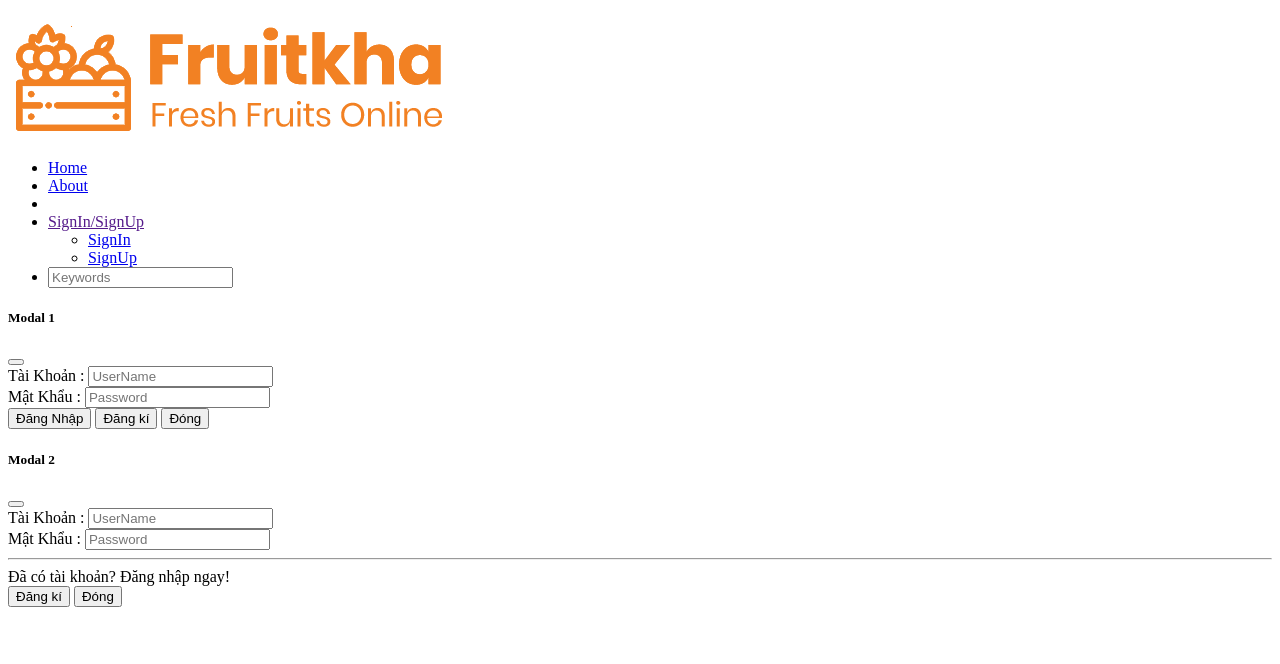
Repository: minhtu5502/Java5
Page: src/main/resources/templates/user/content/nav.html
These files come from the project's save history. The page is drawn as it stood at one moment and after a run of saves; the edit follows.
The browser window is 1280 px wide. The pictures show the whole page.

Above is the page before, as saved 2022-06-14 09:11:21.

### src/main/resources/templates/user/content/nav.html
<!DOCTYPE html>
<html xmlns:th="http://www.thymeleaf.org" xmlns:layout="http://www.utraq.net.nz/thymeleaf/layout" lang="en">

<head>
    <meta charset="UTF-8">
    <title>Title</title>
</head>

<body>
    <div class="top-header-area bg-dark" id="sticker" th:fragment="nav">
        <div class="container">
            <div class="row">
                <div class="col-lg-12 col-sm-12 text-center">
                    <div class="main-menu-wrap">
                        <!-- logo -->
                        <div class="site-logo">
                            <a href="index.html">
                                <img src="assets/img/logo.png" alt="">
                            </a>
                        </div>
                        <!-- logo -->

                        <!-- menu start -->
                        <nav class="main-menu">
                            <ul>
                                <li class="current-list-item"><a href="Home">Home</a>

                                </li>
                                <li><a href="#">About</a></li>
                                <!-- <li><a href="#">Pages</a>
                                        <ul class="sub-menu">
                                            <li><a href="404.html">404 page</a></li>
                                            <li><a href="about.html">About</a></li>
                                            <li><a href="cart.html">Cart</a></li>
                                            <li><a href="checkout.html">Check Out</a></li>
                                            <li><a href="contact.html">Contact</a></li>
                                            <li><a href="news.html">News</a></li>
                                            <li><a href="shop.html">Shop</a></li>
                                        </ul>
                                    </li>
                                    <li><a href="news.html">News</a>
                                        <ul class="sub-menu">
                                            <li><a href="news.html">News</a></li>
                                            <li><a href="single-news.html">Single News</a></li>
                                        </ul>
                                    </li> -->
                                <!-- <li><a href="#">Contact</a></li> -->
                                <!-- <li><a href="shop.html">Shop</a>
                                        <ul class="sub-menu">
                                            <li><a href="shop.html">Shop</a></li>
                                            <li><a href="checkout.html">Check Out</a></li>
                                            <li><a href="single-product.html">Single Product</a></li>
                                            <li><a href="cart.html">Cart</a></li>
                                        </ul>
                                    </li> -->
                                <li class="offset-7">
                                    <div class="header-icons">
                                        <a class="shopping-cart" href="Cart"><i class="fas fa-shopping-cart"></i></a>
                                    </div>
                                </li>
                                <li><a href="">SignIn/SignUp</a>
                                    <ul class="sub-menu">
                                        <li><a class="btn btn-primary" data-bs-toggle="modal" href="#modalSignIn"
                                                role="button">SignIn</a></li>
                                        <li><a class="btn btn-primary" data-bs-toggle="modal" href="#modalSignUp"
                                                role="button">SignUp</a></li>
                                    </ul>
                                </li>
                                <li>
                                    <div class="header-icons">
                                        <form th:action="${'/Shop/Home'}">
                                            <input type="text" placeholder="Keywords" name="key" id="key">
                                            <a class="mobile-hide search-bar-icon btn" href="#"><i
                                                    class="fas fa-search"></i></a>
                                        </form>
                                    </div>
                                </li>

                            </ul>
                        </nav>
                        <div class="modal fade" id="modalSignIn" aria-hidden="true"
                            aria-labelledby="exampleModalToggleLabel" tabindex="-1">
                            <div class="modal-dialog modal-dialog-centered">
                                <div class="modal-content">
                                    <div class="modal-header">
                                        <h5 class="modal-title" id="exampleModalToggleLabel">Modal 1</h5>
                                        <button type="button" class="btn-close" data-bs-dismiss="modal"
                                            aria-label="Close"></button>
                                    </div>
                                    <form th:action="${BASEURL + UPDATE}">
                                        <div class="modal-body">
                                            <div class="form-group">
                                                <label for="exampleInputName1">Tài Khoản :
                                                </label>
                                                <input type="text" class="form-control" name="username" id="username"
                                                    placeholder="UserName">
                                            </div>
                                            <div class="form-group">
                                                <label for="exampleInputName1">Mật Khẩu :
                                                </label>
                                                <input type="password" class="form-control" name="password"
                                                    id="password" placeholder="Password">
                                            </div>
                                        </div>
                                        <div class="modal-footer">
                                            <button class="btn btn-success">Đăng Nhập</button>

                                            <button class="btn btn-primary" data-bs-target="#modalSignUp"
                                                data-bs-toggle="modal">Đăng kí</button>
                                            <button type="button" class="btn btn-secondary" data-dismiss="modal">Đóng
                                            </button>
                                        </div>
                                    </form>
                                </div>
                            </div>
                        </div>
                    </div>
                    <div class="modal fade" id="modalSignUp" aria-hidden="true"
                        aria-labelledby="exampleModalToggleLabel2" tabindex="-1">
                        <div class="modal-dialog modal-dialog-centered">
                            <div class="modal-content">
                                <div class="modal-header">
                                    <h5 class="modal-title" id="exampleModalToggleLabel2">Modal 2</h5>
                                    <button type="button" class="btn-close" data-bs-dismiss="modal"
                                        aria-label="Close"></button>
                                </div>
                                <form th:action="${BASEURL + UPDATE}">
                                    <div class="modal-body">
                                        <div class="form-group">
                                            <label for="exampleInputName1">Tài Khoản :
                                            </label>
                                            <input type="text" class="form-control" name="username" id="username"
                                                placeholder="UserName">
                                        </div>
                                        <div class="form-group">
                                            <label for="exampleInputName1">Mật Khẩu :
                                            </label>
                                            <input type="password" class="form-control" name="password" id="password"
                                                placeholder="Password">
                                        </div>
                                        <hr>
                                        <a>Đã có tài khoản? Đăng nhập ngay!</a>
                                    </div>
                                    <div class="modal-footer">
                                        <button class="btn btn-success">Đăng kí</button>
                                        <button type="button" class="btn btn-secondary" data-dismiss="modal">Đóng
                                        </button>
                                    </div>
                                </form>
                            </div>
                        </div>
                    </div>
                </div>
            </div>
        </div>
    </div>
    </div>
</body>

</html>

After the next 3 saves:
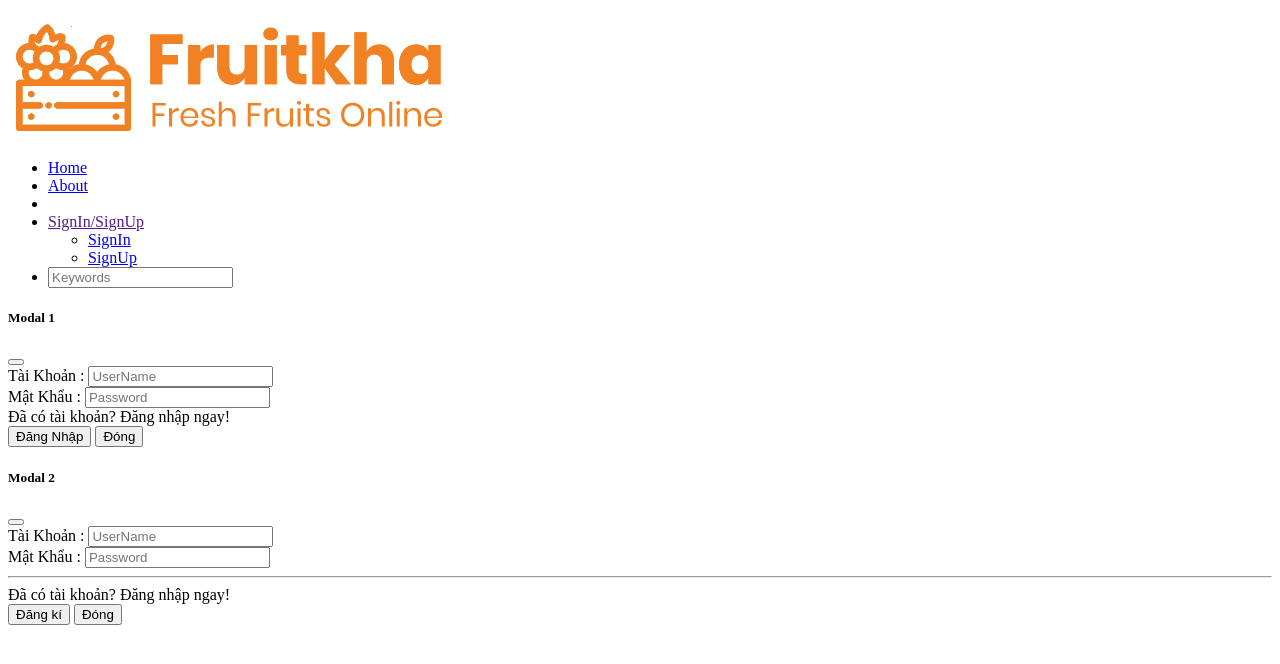
The 3 saves are shown as one change because they came seconds apart.
The last was saved 18 s later.
--- a/src/main/resources/templates/user/content/nav.html
+++ b/src/main/resources/templates/user/content/nav.html
@@ -101,12 +101,11 @@
                                                 <input type="password" class="form-control" name="password"
                                                     id="password" placeholder="Password">
                                             </div>
+                                            <a>Đã có tài khoản? Đăng nhập ngay!</a>
+
                                         </div>
                                         <div class="modal-footer">
                                             <button class="btn btn-success">Đăng Nhập</button>
-
-                                            <button class="btn btn-primary" data-bs-target="#modalSignUp"
-                                                data-bs-toggle="modal">Đăng kí</button>
                                             <button type="button" class="btn btn-secondary" data-dismiss="modal">Đóng
                                             </button>
                                         </div>
